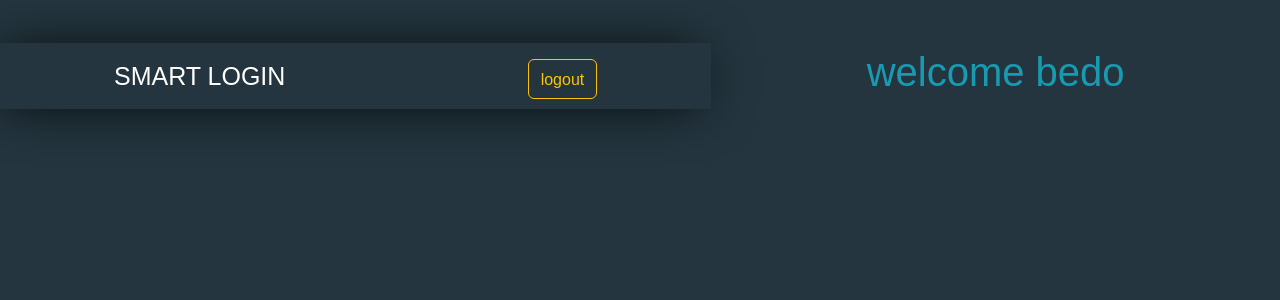
Repository: bodajava/TASK-4
Page: theerdIndex.html
The author's editor kept a copy of each file at every save. The page is drawn from the files as they stood at one save, then again after the next save.
The browser window is 1280 px wide. The pictures show the whole page.

Above is the page before, as saved 2025-06-18 19:27:44.

After the next save:
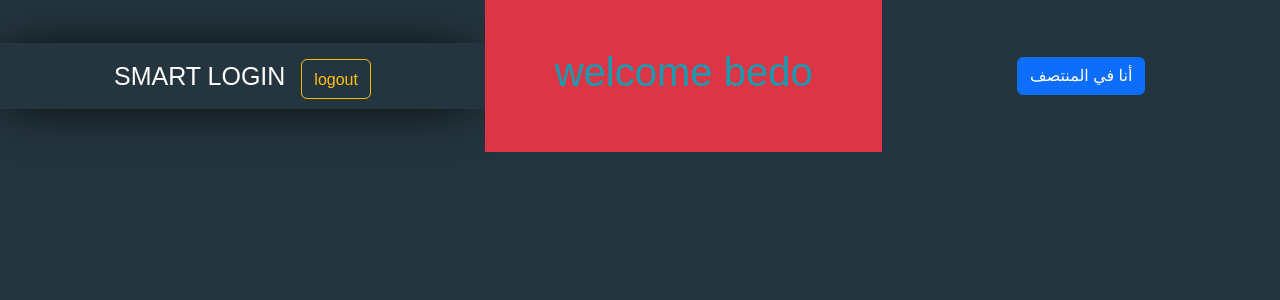
Saved 14 s later.
--- a/theerdIndex.html
+++ b/theerdIndex.html
@@ -45,10 +45,16 @@
     </div>
 
     <div
+      class="group m-auto w-75 p-5 d-flex justify-content-center align-items-center bg-danger"
+    >
+      <h1 id="userName">welcome bedo</h1>
+    </div>
+
+    <div
       class="d-flex justify-content-center align-items-center group m-auto w-75 p-5"
     >
       <div class="text-center">
-        <h1 id="userName">welcome bedo</h1>
+        <button class="btn btn-primary">أنا في المنتصف</button>
       </div>
     </div>
     <script src="js/bootstrap.bundle.min.js"></script>
